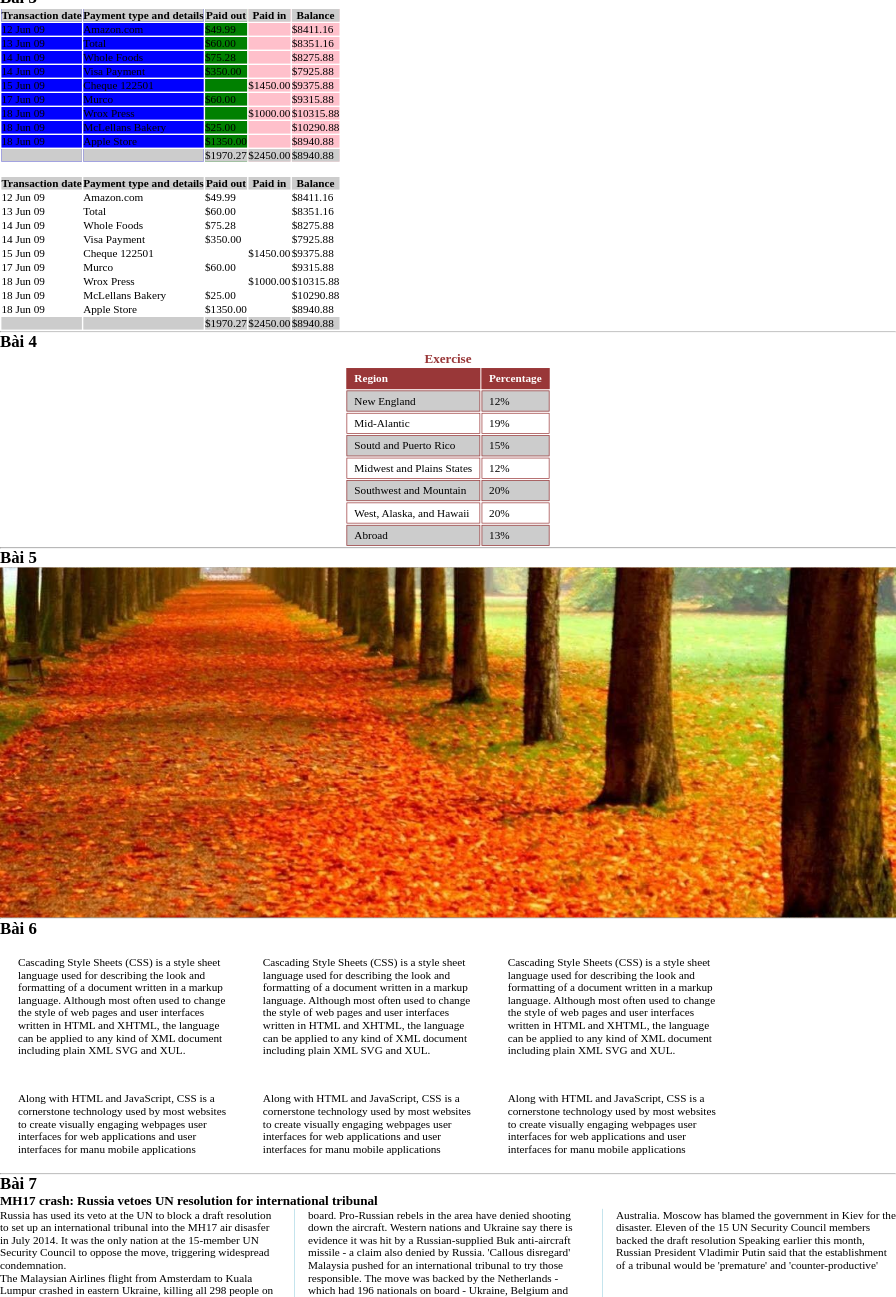
Repository: hoangnguyen1903/STT_21084321_NguyenHuyHoang_DHKHMT17B
Page: html/index.html
The author's editor kept a copy of each file at every save. The page is drawn from the files as they stood at one save, then again after the next save.
The browser window is 1280 px wide. The pictures show the part of the page from y = 647 to 2567 px (the page is 2500 px tall before and 2567 px after), at 70% of full size.

Above is the page before, as saved 2023-03-03 14:30:41.

After the next save:
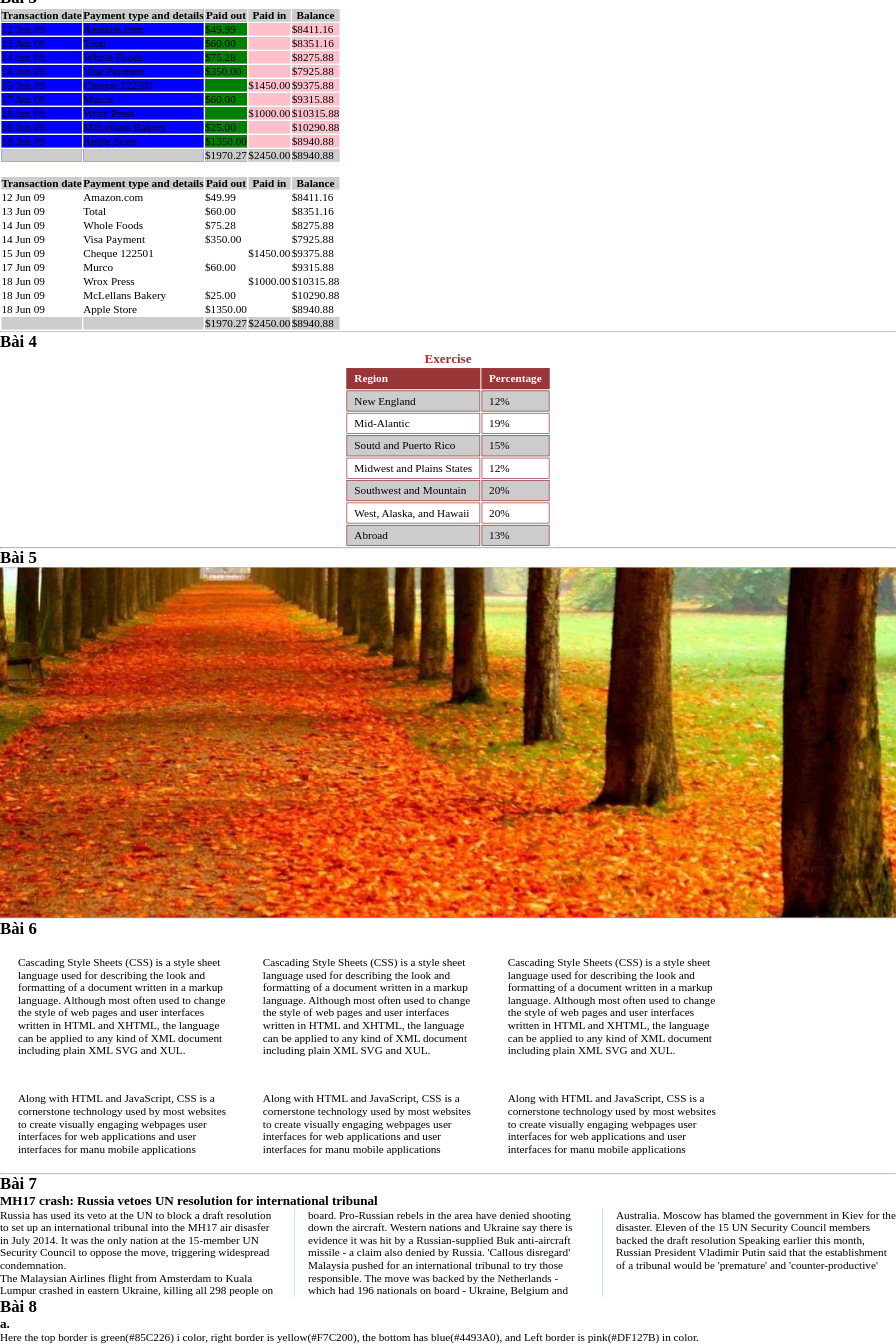
Saved 3 min 43 s later.
--- a/html/index.html
+++ b/html/index.html
@@ -516,5 +516,14 @@
         </p>
       </div>
     </div>
+    <h2><b>Bài 8</b></h2>
+    <div id="bai8">
+      <h3><b>a.</b></h3>
+      <div class="bai8a">
+        Here the top border is green(#85C226) i color, right border is
+        yellow(#F7C200), the bottom has blue(#4493A0), and Left border is
+        pink(#DF127B) in color.
+      </div>
+    </div>
   </body>
 </html>
